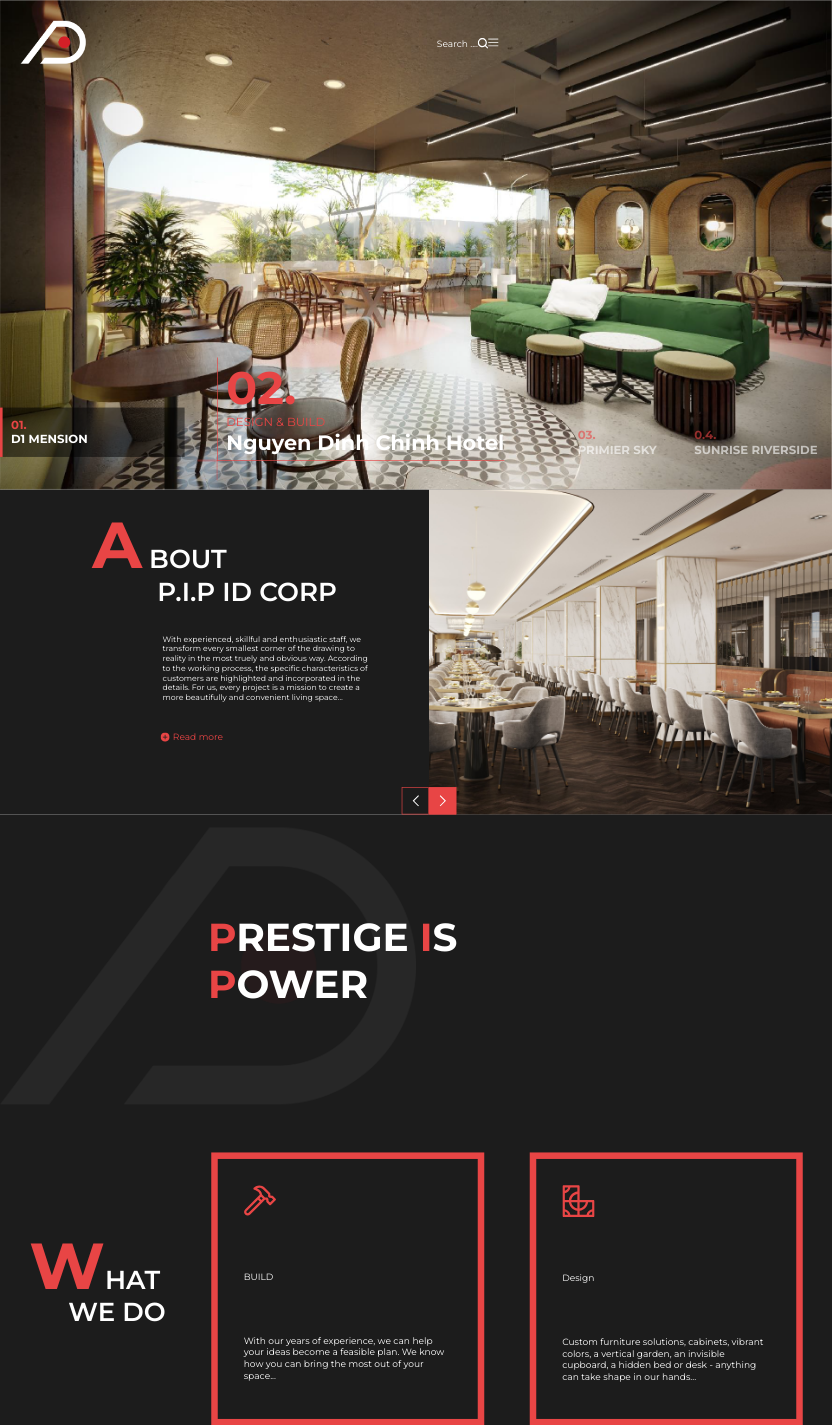
Repository: huudang2840/pipHomePage
Page: index.html
These files come from the project's save history. The page is drawn as it stood at one moment and after the next save; the edit follows.
The browser window is 1280 px wide. The pictures show the whole page, at 65% of full size.

Above is the page before, as saved 2023-03-21 15:12:01.

After the next save:
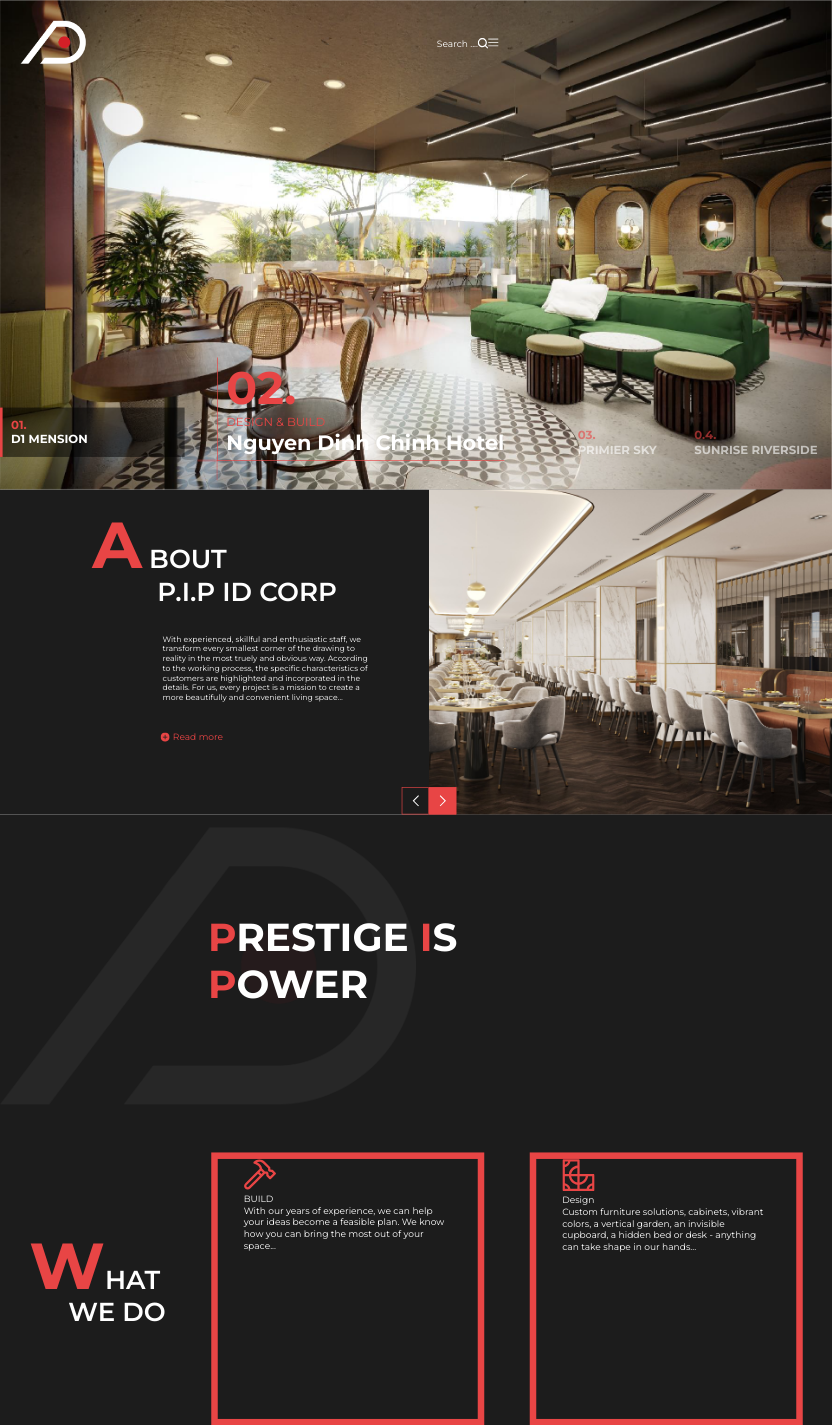
Saved 10 s later.
--- a/style/style.css
+++ b/style/style.css
@@ -282,7 +282,7 @@
   margin-left: 70px;
 }
 .wedo__bottom__item > * {
-  padding: 40px;
+  padding: 0 40px;
 }
 
 .wedo__bottom h1 {
